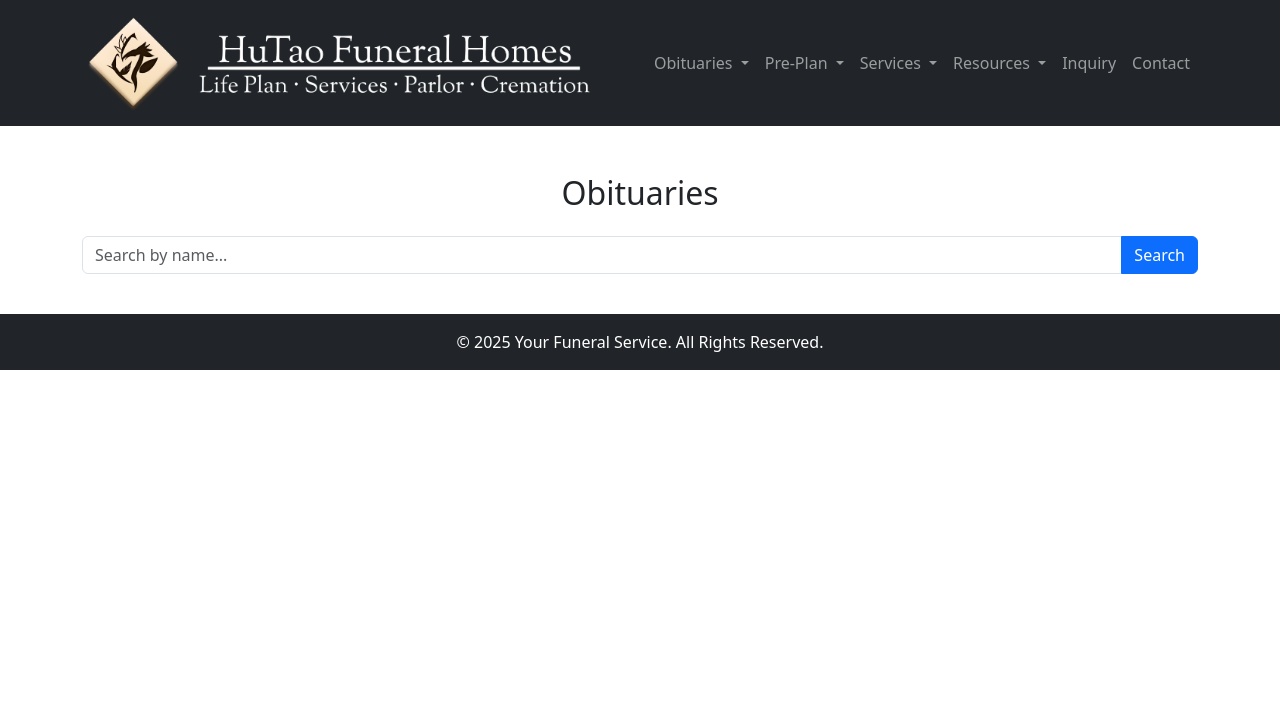
Repository: Jamil-cyber-hash/INSANITY
Page: http://localhost/search_obituaries.php
These files come from the project's save history. The page is drawn as it stood at one moment and after the next save; the edit follows.
The browser window is 1280 px wide. The pictures show the whole page.
The page is run by PHP 8.4 with error messages shown; the project is at /var/www/html/. Queries for data that is not in the repository find no rows.

Above is the page before, as saved 2025-03-23 22:46:07.

After the next save:
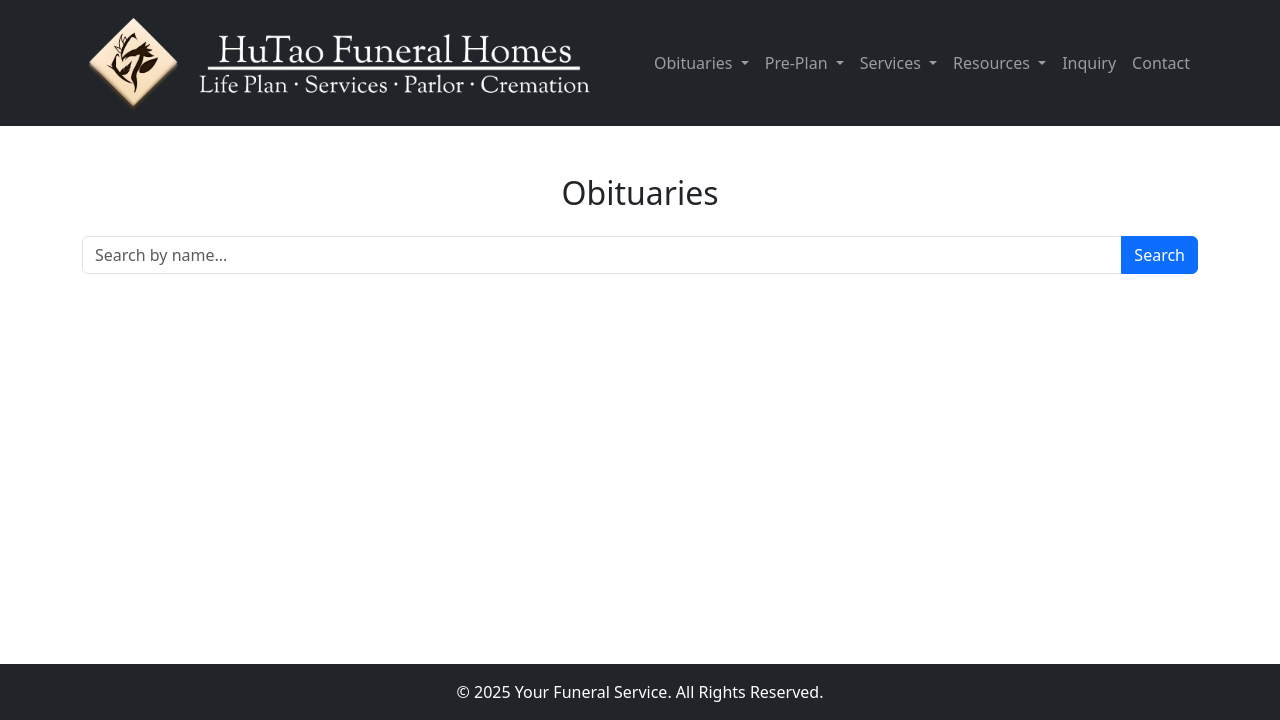
Saved 3 min 19 s later.
--- a/search_obituaries.php
+++ b/search_obituaries.php
@@ -28,7 +28,18 @@ $totalPages = ceil($totalRow['total'] / $limit);
 $sql = "SELECT * FROM obituaries $searchQuery ORDER BY submitted_at DESC LIMIT $limit OFFSET $offset";
 $result = $conn->query($sql);
 ?>
+<style>
+    body {
+    display: flex;
+    flex-direction: column;
+    min-height: 100vh; /* Full screen height */
+}
 
+.container {
+    flex-grow: 1; /* Makes sure the footer stays down */
+}
+
+</style>
 <!DOCTYPE html>
 <html lang="en">
 <head>
